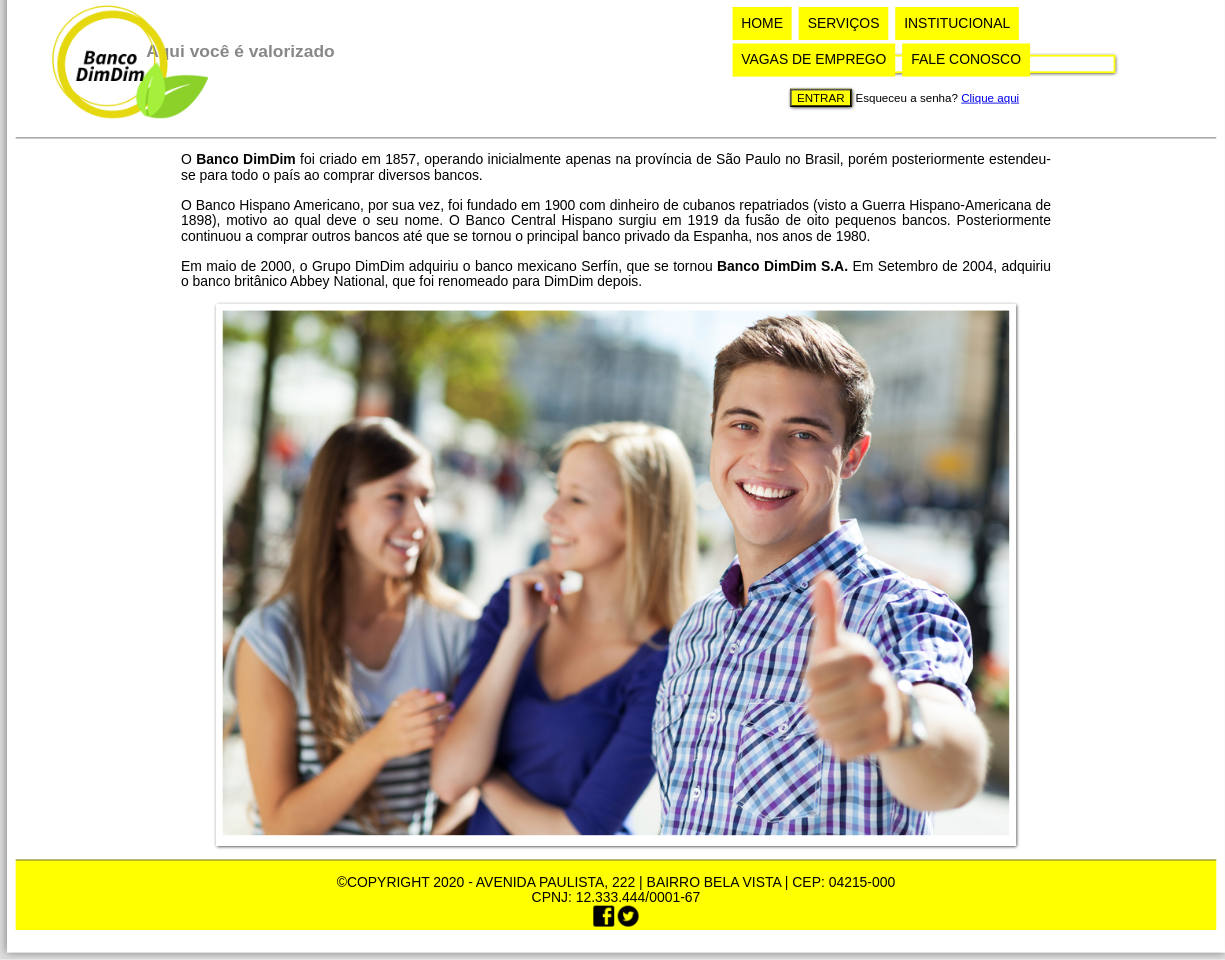
Repository: marceloShibuya/DevOps
Page: http://localhost/Nac_DevOPS/
An editor plug-in stored every save of this project. The page is shown before and after the next save, followed by the edit.
The browser window is 1280 px wide. The page is 1408 px wide, so the pictures cover 1408 px, including what lies to the right of the window. The pictures show the whole page, at 87% of full size.
Some web fonts or font styles are not loaded; a fallback is used. The page is served by Tomcat 9. Other server files are loaded and not shown.

Above is the page before, as saved 2020-02-24 21:39:29.

### Nac_DevOPS/WebContent/index.html
<!DOCTYPE html>
<html>
<head>
	<meta charset="utf-8">
	<title>Nac DevOPS</title>
	<link rel="stylesheet" type="text/css" href="_css/estilo.css">
</head>
<body>
<div id="interface">
	<header id="cabecalho">
		<hgroup>
			<h2>Aqui você é valorizado</h2>
		</hgroup>
		<img id="icone" src="_imagens/logo_DimDim.png">
	<nav id="menu">
		<ul>
			<li><a href="index.html">Home</a></li>
			<li><a href="servicos.html">Serviços</a></li>
			<li><a href="institucional.html">Institucional</a></li>
			<li><a href="emprego.html">Vagas de emprego</a></li>
			<li><a href="contato.html">Fale Conosco</a></li>
		</ul>
	</nav>
	<div class="login__content">
		<form action="Login" class="login__form" method="POST">
			<input type="text" id="cpf" name="cpf" placeholder="CPF" required>
			<input type="password" id="senha" name="senha" placeholder="Senha" required><br><br>
			<input type="submit" value="entrar" class="btn-full">
			<small class="login__form__information">Esqueceu a senha? <a href="createNewPassword.jsp">Clique aqui</a></small><br>
		</form>
	</div>
	</header>
<section id="corpo">
	<p>O <b>Banco DimDim</b> foi criado em 1857, operando inicialmente apenas na província de São Paulo no Brasil, porém posteriormente estendeu-se para todo o país ao comprar diversos bancos.</p>

	<p>O Banco Hispano Americano, por sua vez, foi fundado em 1900 com dinheiro de cubanos repatriados (visto a Guerra Hispano-Americana de 1898), motivo ao qual deve o seu nome. O Banco Central Hispano surgiu em 1919 da fusão de oito pequenos bancos. Posteriormente continuou a comprar outros bancos até que se tornou o principal banco privado da Espanha, nos anos de 1980.</p>

	<p>Em maio de 2000, o Grupo DimDim adquiriu o banco mexicano Serfín, que se tornou <b>Banco DimDim S.A.</b> Em Setembro de 2004, adquiriu o banco britânico Abbey National, que foi renomeado para DimDim depois.</p>

	<figure class="foto-legenda">
		<img id="" src="_imagens/foto_home.jpg">
			<figcaption>
				<h1>Aqui o seu dinheio rende</h1>
				<p>O melhor atendimento do Brasil</p>
			</figcaption>
	</figure>
</section>

<footer id="rodape">
<p>&copy;Copyright 2020 - Avenida Paulista, 222 | Bairro Bela Vista | CEP: 04215-000 <br>
	CPNJ: 12.333.444/0001-67 <br>
<a href="http://facebook.com" target="_blank" ><img src="_imagens/facebook.png"></a>
<a href="http://twitter.com" target="_blank"><img src="_imagens/twitter.png"></a></p>
</footer>
</div>
</body>
</html>

### Nac_DevOPS/WebContent/_css/estilo.css
@import url('https://fonts.googleapis.com/css?family=Titillium+Web&display=swap');
@font-face {
	font-family: 'FonteLogo';
	src: url("../_fonts/bubblegum-sans-regular.otf");
}

body{
	font-family: arial, sans-serif;
	background-color: #dddddd;
	color: rgba(0,0,0,1);
	}

div#interface {
	width: 1380px;
	background-color: #ffffff;
	margin: -20px auto 0px auto;
	box-shadow: 0px 0px 10px rgba(0,0,0,.5);
	padding: 30px 10px 10px 10px;
}

header#cabecalho img#icone_2 {
	position: absolute;
	left: 1190px;
	top: 50px;
}

header#cabecalho img#icone {
	position: absolute;
	left: 50px;
	top: -20px;
}

header#cabecalho {
	border-bottom: 1px #606060 solid;
	height: 110px;
}

header#cabecalho h2 {
	font-family: 'Titillium Web', sans-serif;
	font-size: 15pt;
	color: #888888;
	padding: 0px;
	margin-top: 30px;
	margin-left: 150px;
}

p {
	font-family: 'FonteLogo', sans-serif;
	text-align: justify;
}

/* Formatação da foto */


figure.foto-legenda{
	position: relative;
	border: 8px solid white;
	box-shadow: 1px 1px 4px black;
}

figure.foto-legenda img{
	width: 100%;
	height: 100%;
}

figure.foto-legenda figcaption{
	position: absolute;
	top: 0px;
	background-color: rgba(0,0,0,.4);
	color: white;
	width: 100%;
	height: 100%;
	padding: 10px;
	box-sizing: border-box;
	opacity: 0;
	transition: opacity 1s;
}

figure.foto-legenda:hover figcaption{
	opacity: 1;
}

/*  Formatação do Menu*/


nav#menu{
	display: block;
}

nav#menu ul{
	list-style: none;
	text-transform: uppercase;
	position: absolute;
	top: -10px;
	left:800px;
}

nav#menu li{
	display: inline-block;
	background-color: #ffff00;
	padding: 10px;
	margin: 2px;
	transition: background-color 1s;
}

nav#menu li:hover{
	background-color: #ffff00;
	color: #ffffff;
}

nav#menu h1{
	display: none;
}

nav#menu a{
	color: #000000;
	text-decoration: none;
}

nav#menu a:hover{
	color: #ffff;
}

.login__content {
	margin-left: 890px;
	margin-top: -25px;
	display: block;
	flex-direction: row;
	justify-content: center;

}

.login__title {
	margin-top: -20px;
	margin-left: 600px;
}

input#cpf {
	border-style: solid;
	border-color: #ffff00;
	box-shadow: 1px 1px 4px black;
}

input#senha {
	border-style: solid;
	border-color: #ffff00;
	box-shadow: 1px 1px 4px black;
}

.btn-full {
	background-color: #ffff00;
	text-transform: uppercase;
	box-shadow: 1px 1px 4px black;
}

span{
	color:white;
}

/* Formatação da Section */

section#corpo {
	display: block;
	width: 1000px;
	margin: auto;
}


footer#rodape {
	clear: both;
	border-top: 1px solid #606060;
	background-color: #ffff00;
}

footer#rodape p{
	text-transform: uppercase;
	text-align: center;
	font-family: 'Titillium Web', sans-serif;
}

After the next save:
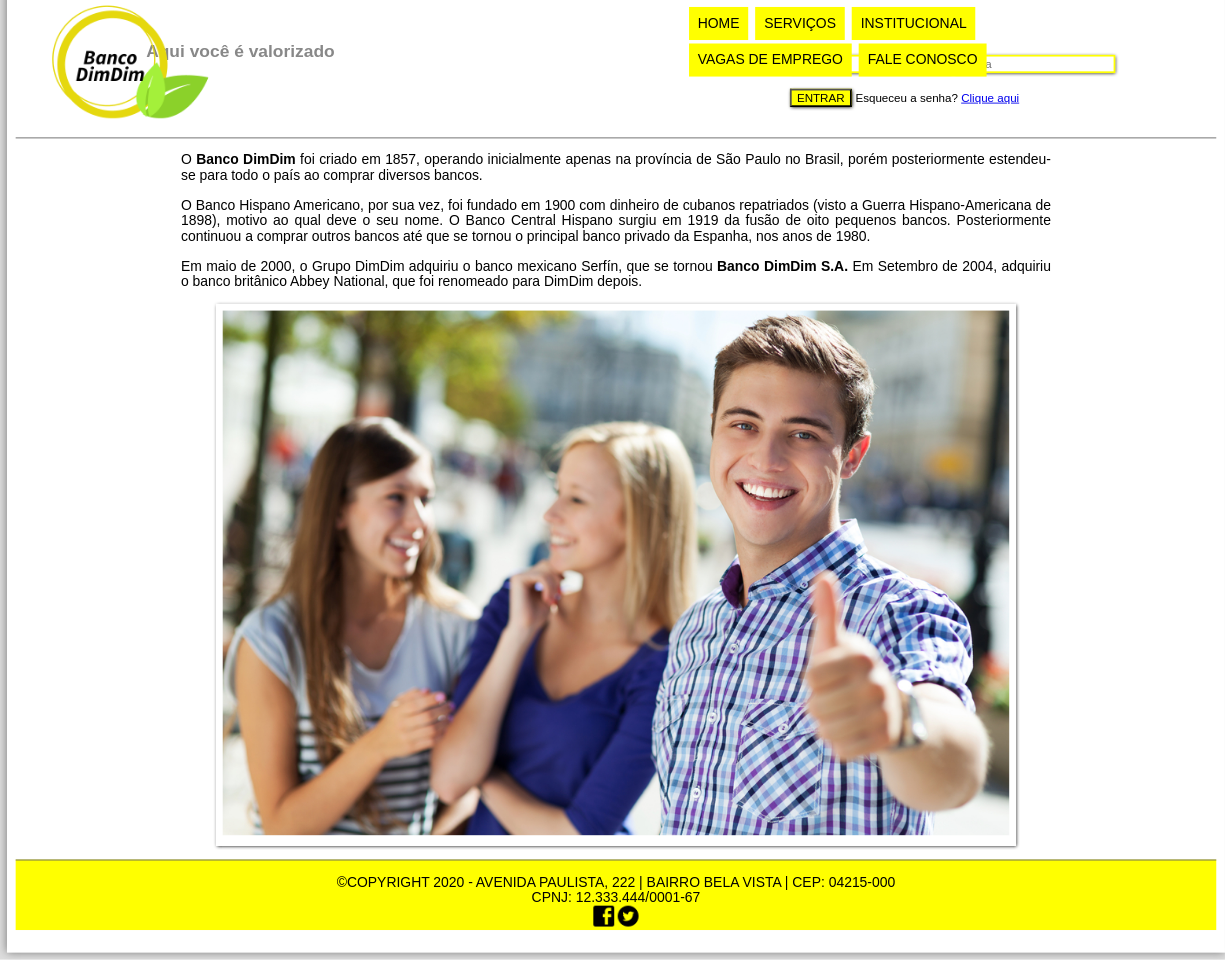
Saved 7 s later.
--- a/Nac_DevOPS/WebContent/_css/estilo.css
+++ b/Nac_DevOPS/WebContent/_css/estilo.css
@@ -92,7 +92,7 @@ nav#menu ul{
 	text-transform: uppercase;
 	position: absolute;
 	top: -10px;
-	left:800px;
+	left:750px;
 }
 
 nav#menu li{
